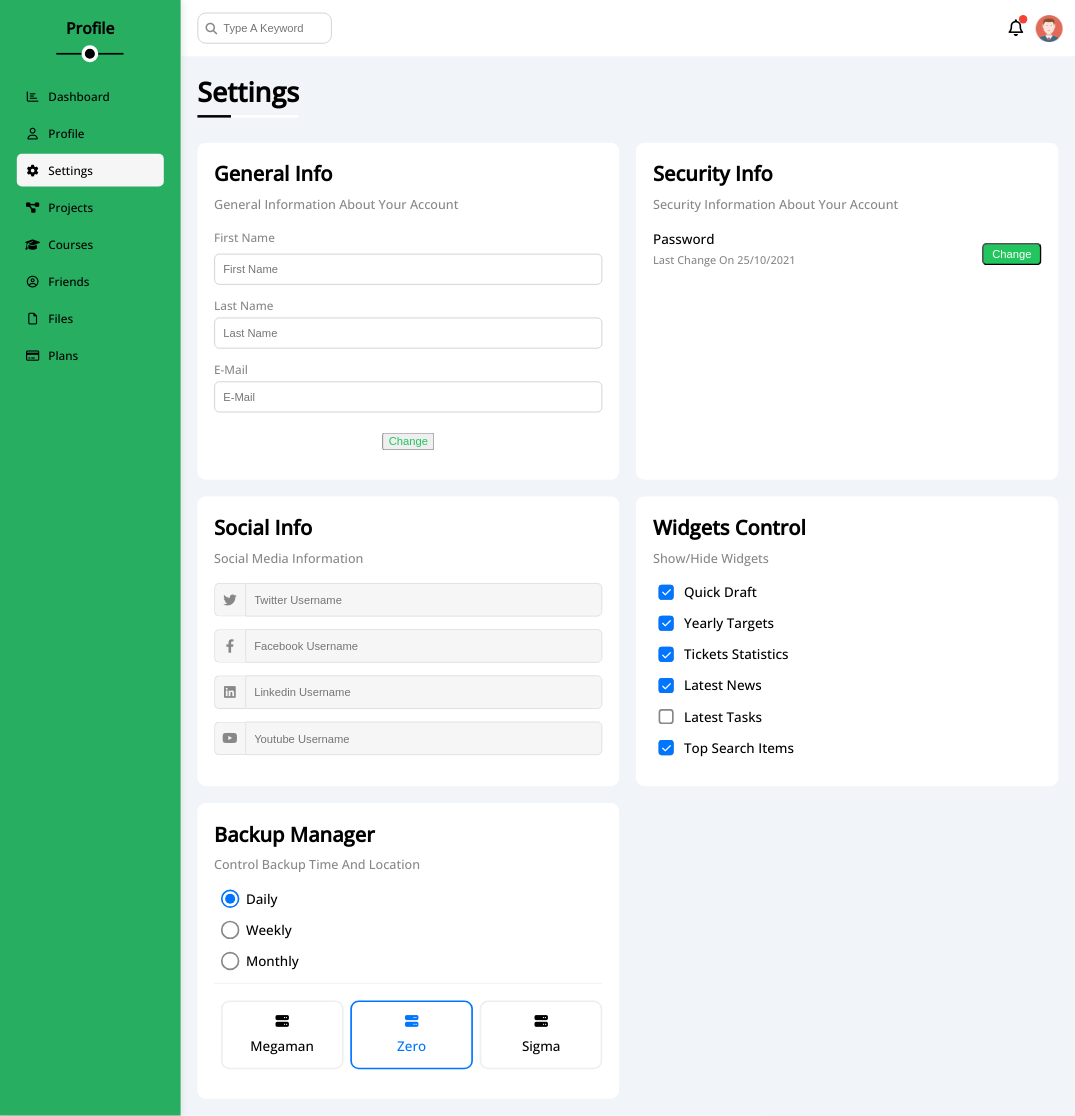
Repository: souhailaniba/Bookly
Page: public/assets/books webstie/settings.html
The author's editor kept a copy of each file at every save. The page is drawn from the files as they stood at one save, then again after the next save.
The browser window is 1280 px wide. The pictures show the whole page, at 84% of full size.

Above is the page before, as saved 2023-01-27 14:55:11.

### public/assets/books webstie/settings.html
<!DOCTYPE html>
<html lang="en">
  <head>
    <meta charset="UTF-8" />
    <meta http-equiv="X-UA-Compatible" content="IE=edge" />
    <meta name="viewport" content="width=device-width, initial-scale=1.0" />
    <title>Settings</title>
    <link rel="stylesheet" href="css/all.min.css" />
    <link rel="stylesheet" href="css/framework.css" />
    <link rel="stylesheet" href="css/master.css" />
    <link rel="preconnect" href="https://fonts.googleapis.com" />
    <link rel="preconnect" href="https://fonts.gstatic.com" crossorigin />
    <link href="https://fonts.googleapis.com/css2?family=Open+Sans:wght@300;500&display=swap" rel="stylesheet" />
  </head>
  <body>
    <div class="page d-flex">
      <div class="sidebar bg-white p-20 p-relative"   style="background-color: #27ae60;">
        <h3 class="p-relative txt-c mt-0">Profile</h3>
        <ul>
          <li>
            <a class="d-flex align-center fs-14 c-black rad-6 p-10" href="profil.html">
              <i class="fa-regular fa-chart-bar fa-fw"></i>
              <span>Dashboard</span>
            </a>
          </li>
          <li>
            <a class="d-flex align-center fs-14 c-black rad-6 p-10" href="profile.html">
              <i class="fa-regular fa-user fa-fw"></i>
              <span>Profile</span>
            </a>
          </li>
          <li>
            <a class="active d-flex align-center fs-14 c-black rad-6 p-10" href="settings.html">
              <i class="fa-solid fa-gear fa-fw"></i>
              <span>Settings</span>
            </a>
          </li>
          <li>
            <a class="d-flex align-center fs-14 c-black rad-6 p-10" href="projects.html">
              <i class="fa-solid fa-diagram-project fa-fw"></i>
              <span>Projects</span>
            </a>
          </li>
          <li>
            <a class="d-flex align-center fs-14 c-black rad-6 p-10" href="courses.html">
              <i class="fa-solid fa-graduation-cap fa-fw"></i>
              <span>Courses</span>
            </a>
          </li>
          <li>
            <a class="d-flex align-center fs-14 c-black rad-6 p-10" href="friends.html">
              <i class="fa-regular fa-circle-user fa-fw"></i>
              <span>Friends</span>
            </a>
          </li>
          <li>
            <a class="d-flex align-center fs-14 c-black rad-6 p-10" href="files.html">
              <i class="fa-regular fa-file fa-fw"></i>
              <span>Files</span>
            </a>
          </li>
          <li>
            <a class="d-flex align-center fs-14 c-black rad-6 p-10" href="plans.html">
              <i class="fa-regular fa-credit-card fa-fw"></i>
              <span>Plans</span>
            </a>
          </li>
        </ul>
      </div>
      <div class="content w-full">
        <!-- Start Head -->
        <div class="head bg-white p-15 between-flex">
          <div class="search p-relative">
            <input class="p-10" type="search" placeholder="Type A Keyword" />
          </div>
          <div class="icons d-flex align-center">
            <span class="notification p-relative">
              <i class="fa-regular fa-bell fa-lg"></i>
            </span>
            <img src="imgs/avatar.png" alt="" />
          </div>
        </div>
        <!-- End Head -->
        <h1 class="p-relative">Settings</h1>
        <div class="settings-page m-20 d-grid gap-20">

          <!-- Start Settings Box -->
          <div class="p-20 bg-white rad-10">
            <h2 class="mt-0 mb-10">General Info</h2>
            <p class="mt-0 mb-20 c-grey fs-15">General Information About Your Account</p>
            <div class="mb-15">
              <label class="fs-14 c-grey d-block mb-10" for="first">First Name</label>
              <input
                class="b-none border-ccc p-10 rad-6 d-block w-full"
                type="text"
                id="first"
                placeholder="First Name"
              />
            </div>
            <div class="mb-15">
              <label class="fs-14 c-grey d-block mb-5" for="last">Last Name</label>
              <input
                class="b-none border-ccc p-10 rad-6 d-block w-full"
                id="last"
                type="text"
                placeholder="Last Name"
              />
            </div>
            <div class="mb-15">
              <label class="fs-14 c-grey d-block mb-5" for="email">E-Mail</label>
              <input
                class="b-none border-ccc p-10 rad-6 d-block w-full"
                id="email"
                type="email"
                placeholder="E-Mail"
              />
              <center><br><button class="c-green" type="submit" action="">Change</button></center>
            </div>
          </div>
          <!-- End Settings Box -->
          <!-- Start Settings Box -->
          <div class="p-20 bg-white rad-10">
            <h2 class="mt-0 mb-10">Security Info</h2>
            <p class="mt-0 mb-20 c-grey fs-15">Security Information About Your Account</p>
            <div class="sec-box mb-15 between-flex">
              <div>
                <span>Password</span>
                <p class="c-grey mt-5 mb-0 fs-13">Last Change On 25/10/2021</p>
              </div>
              <button class="button bg-green c-white btn-shape" type="submit" action="">Change</button>
            </div>
          </div>
          <!-- End Settings Box -->
          <!-- Start Settings Box -->
          <div class="social-boxes p-20 bg-white rad-10">
            <h2 class="mt-0 mb-10">Social Info</h2>
            <p class="mt-0 mb-20 c-grey fs-15">Social Media Information</p>
            <div class="d-flex align-center mb-15">
              <i class="fa-brands fa-twitter center-flex c-grey"></i>
              <input class="w-full" type="text" placeholder="Twitter Username" />
            </div>
            <div class="d-flex align-center mb-15">
              <i class="fa-brands fa-facebook-f center-flex c-grey"></i>
              <input class="w-full" type="text" placeholder="Facebook Username" />
            </div>
            <div class="d-flex align-center mb-15">
              <i class="fa-brands fa-linkedin center-flex c-grey"></i>
              <input class="w-full" type="text" placeholder="Linkedin Username" />
            </div>
            <div class="d-flex align-center">
              <i class="fa-brands fa-youtube center-flex c-grey"></i>
              <input class="w-full" type="text" placeholder="Youtube Username" />
            </div>
          </div>
          <!-- End Settings Box -->
          <!-- Start Settings Box -->
          <div class="widgets-control p-20 bg-white rad-10">
            <h2 class="mt-0 mb-10">Widgets Control</h2>
            <p class="mt-0 mb-20 c-grey fs-15">Show/Hide Widgets</p>
            <div class="control d-flex align-center mb-15">
              <input type="checkbox" id="one" checked />
              <label for="one">Quick Draft</label>
            </div>
            <div class="control d-flex align-center mb-15">
              <input type="checkbox" id="two" checked />
              <label for="two">Yearly Targets</label>
            </div>
            <div class="control d-flex align-center mb-15">
              <input type="checkbox" id="three" checked />
              <label for="three">Tickets Statistics</label>
            </div>
            <div class="control d-flex align-center mb-15">
              <input type="checkbox" id="four" checked />
              <label for="four">Latest News</label>
            </div>
            <div class="control d-flex align-center mb-15">
              <input type="checkbox" id="five" />
              <label for="five">Latest Tasks</label>
            </div>
            <div class="control d-flex align-center mb-15">
              <input type="checkbox" id="six" checked />
              <label for="six">Top Search Items</label>
            </div>
          </div>
          <!-- End Settings Box -->
          <!-- Start Settings Box -->
          <div class="backup-control p-20 bg-white rad-10">
            <h2 class="mt-0 mb-10">Backup Manager</h2>
            <p class="mt-0 mb-20 c-grey fs-15">Control Backup Time And Location</p>
            <div class="date d-flex align-center mb-15">
              <input type="radio" name="time" id="daily" checked />
              <label for="daily">Daily</label>
            </div>
            <div class="date d-flex align-center mb-15">
              <input type="radio" name="time" id="weekly" />
              <label for="weekly">Weekly</label>
            </div>
            <div class="date d-flex align-center mb-15">
              <input type="radio" name="time" id="monthly" />
              <label for="monthly">Monthly</label>
            </div>
            <div class="servers d-flex align-center txt-c">
              <input type="radio" name="servers" id="server-one" />
              <div class="server mb-15 rad-10 w-full">
                <label class="d-block m-15" for="server-one">
                  <i class="fa-solid fa-server d-block mb-10"></i>
                  Megaman
                </label>
              </div>
              <input type="radio" name="servers" id="server-two" checked />
              <div class="server mb-15 rad-10 w-full">
                <label class="d-block m-15" for="server-two">
                  <i class="fa-solid fa-server d-block mb-10"></i>
                  Zero
                </label>
              </div>
              <input type="radio" name="servers" id="server-three" />
              <div class="server mb-15 rad-10 w-full">
                <label class="d-block m-15" for="server-three">
                  <i class="fa-solid fa-server d-block mb-10"></i>
                  Sigma
                </label>
              </div>
            </div>
          </div>
          <!-- End Settings Box -->
        </div>
      </div>
    </div>
  </body>
</html>

### public/assets/books webstie/css/framework.css
:root {
  --blue-color: #0075ff;
  --blue-alt-color: #0d69d5;
  --orange-color: #f59e0b;
  --green-color: #22c55e;
  --red-color: #f44336;
  --grey-color: #888;
}
/* Start Box */
.d-flex {
  display: flex;
}
.f-wrap {
  flex-wrap: wrap;
}
.align-center {
  align-items: center;
}
.space-between {
  justify-content: space-between;
}
.d-grid {
  display: grid;
}
.gap-20 {
  gap: 20px;
}
.d-block {
  display: block;
}
@media (max-width: 767px) {
  .block-mobile {
    display: block;
  }
  .hide-mobile {
    display: none;
  }
}
/* End Box */
/* Start Padding + Margin */
.p-10 {
  padding: 10px;
}
.p-15 {
  padding: 15px;
}
.p-20 {
  padding: 20px;
}
.pt-10 {
  padding-top: 10px;
}
.pt-15 {
  padding-top: 15px;
}
.pt-20 {
  padding-top: 20px;
}
.pb-10 {
  padding-bottom: 10px;
}
.pb-15 {
  padding-bottom: 15px;
}
.pb-20 {
  padding-bottom: 20px;
}
.pl-15 {
  padding-left: 15px;
}
.m-0 {
  margin: 0;
}
.m-15 {
  margin: 15px;
}
.m-20 {
  margin: 20px;
}
.mt-0 {
  margin-top: 0;
}
.mt-5 {
  margin-top: 5px;
}
.mt-10 {
  margin-top: 10px;
}
.mt-15 {
  margin-top: 15px;
}
.mt-20 {
  margin-top: 20px;
}
.mt-25 {
  margin-top: 25px;
}
.mr-10 {
  margin-right: 10px;
}
.mr-15 {
  margin-right: 15px;
}
.mb-5 {
  margin-bottom: 5px;
}
.mb-10 {
  margin-bottom: 10px;
}
.mb-15 {
  margin-bottom: 15px;
}
.mb-20 {
  margin-bottom: 20px;
}
.mb-25 {
  margin-bottom: 25px;
}
/* End Padding + Margin */
/* Start Color */
.c-black {
  color: black;
}
.c-white {
  color: white;
}
.c-grey {
  color: var(--grey-color);
}
.c-red {
  color: var(--red-color);
}
.c-green {
  color: var(--green-color);
}
.c-blue {
  color: var(--blue-color);
}
.c-orange {
  color: var(--orange-color);
}
.bg-red {
  background-color: var(--red-color);
}
.bg-green {
  background-color: var(--green-color);
}
.bg-blue {
  background-color: var(--blue-color);
}
.bg-orange {
  background-color: var(--orange-color);
}
.bg-white {
  background-color: white;
}
.bg-eee {
  background-color: #eee;
}
/* End Color */
/* Start Position */
.p-relative {
  position: relative;
}
.p-absolute {
  position: absolute;
}
/* End Position */
/* Start Font */
.txt-c {
  text-align: center;
}
.fs-13 {
  font-size: 13px;
}
.fs-14 {
  font-size: 14px;
}
.fs-15 {
  font-size: 15px;
}
.fs-25 {
  font-size: 25px;
}
.fw-bold {
  font-weight: bold;
}
@media (max-width: 767px) {
  .txt-c-mobile {
    text-align: center;
  }
}
/* End Font */
/* Start Border */
.rad-6 {
  border-radius: 6px;
}
.rad-10 {
  border-radius: 10px;
}
.rad-half {
  border-radius: 50%;
}
.b-none {
  border: none;
}
.border-ccc {
  border: 1px solid #ccc;
}
.border-eee {
  border: 1px solid #eee;
}

/* End Border */
/* Start Width + Height */
.w-full {
  width: 100%;
}
.w-100 {
  width: 100px;
}
.w-fit {
  width: fit-content;
}
.h-full {
  height: 100%;
}
.h-100 {
  height: 100px;
}
/* End Width + Height */
/* Start Components */
.center-flex {
  display: flex;
  align-items: center;
  justify-content: center;
}
.between-flex {
  display: flex;
  align-items: center;
  justify-content: space-between;
}
.btn-shape {
  padding: 4px 10px;
  border-radius: 6px;
}
/* End Components */

Loaded but not shown: public/assets/books webstie/css/all.min.css (library); public/assets/books webstie/css/master.css (1171 lines, source omitted)

After the next save:
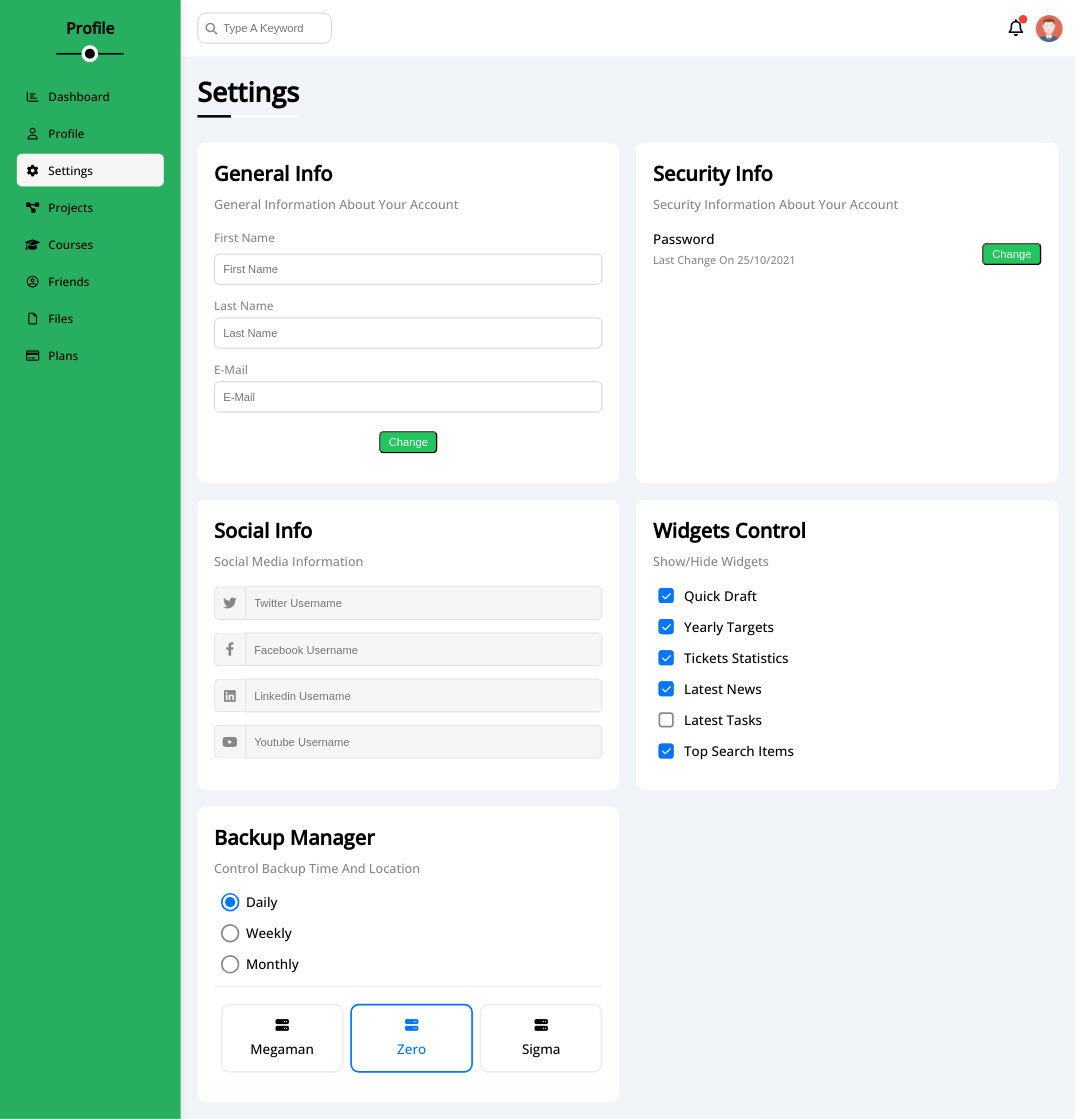
Saved 16 s later.
--- a/public/assets/books webstie/settings.html
+++ b/public/assets/books webstie/settings.html
@@ -114,7 +114,7 @@
                 type="email"
                 placeholder="E-Mail"
               />
-              <center><br><button class="c-green" type="submit" action="">Change</button></center>
+              <center><br><button class="button bg-green c-white btn-shape" type="submit" action="">Change</button></center>
             </div>
           </div>
           <!-- End Settings Box -->
